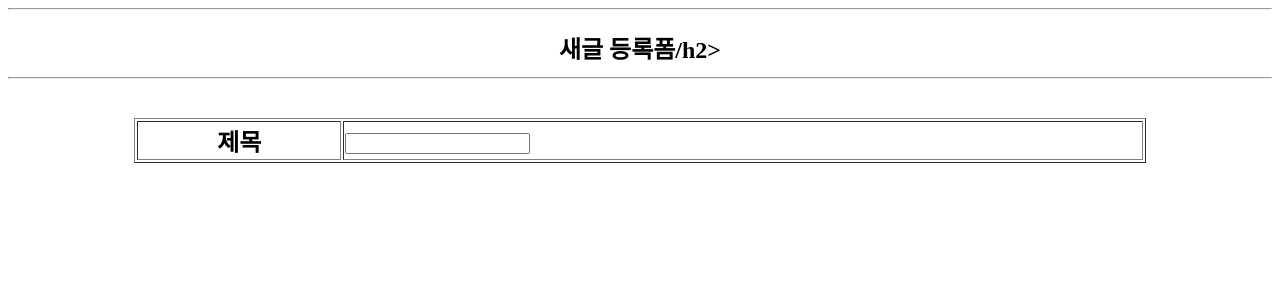
Repository: skim24245/web_workspace_src
Page: http://localhost/Mission-Web/jsp/board/writeForm.jsp
The author's editor kept a copy of each file at every save. The page is drawn from the files as they stood at one save, then again after the next save.
The browser window is 1280 px wide. The pictures show the whole page.
The page is served by Tomcat 9.

Above is the page before, as saved 2022-06-02 08:10:51.

After the next save:
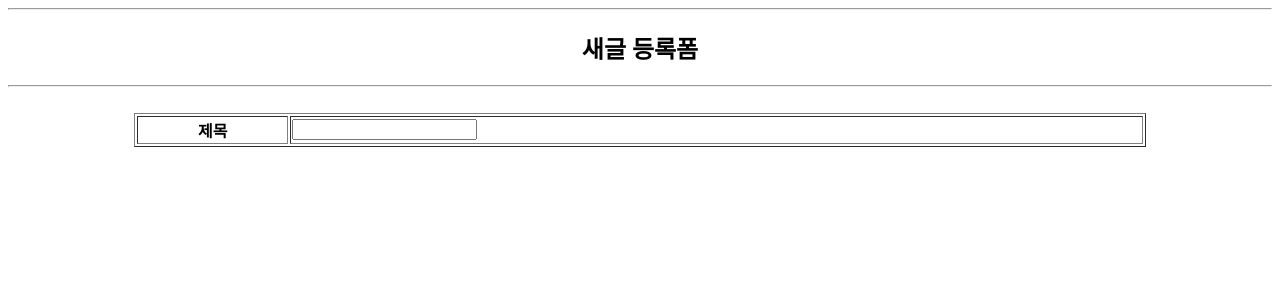
Saved 33 s later.
--- a/Mission-Web/src/main/webapp/jsp/board/writeForm.jsp
+++ b/Mission-Web/src/main/webapp/jsp/board/writeForm.jsp
@@ -10,7 +10,7 @@
 	<div align="center">
 		<hr>
 		<h2>
-			새글 등록폼/h2>
+			새글 등록폼</h2>
 			<hr>
 			<br>
 			<form>
